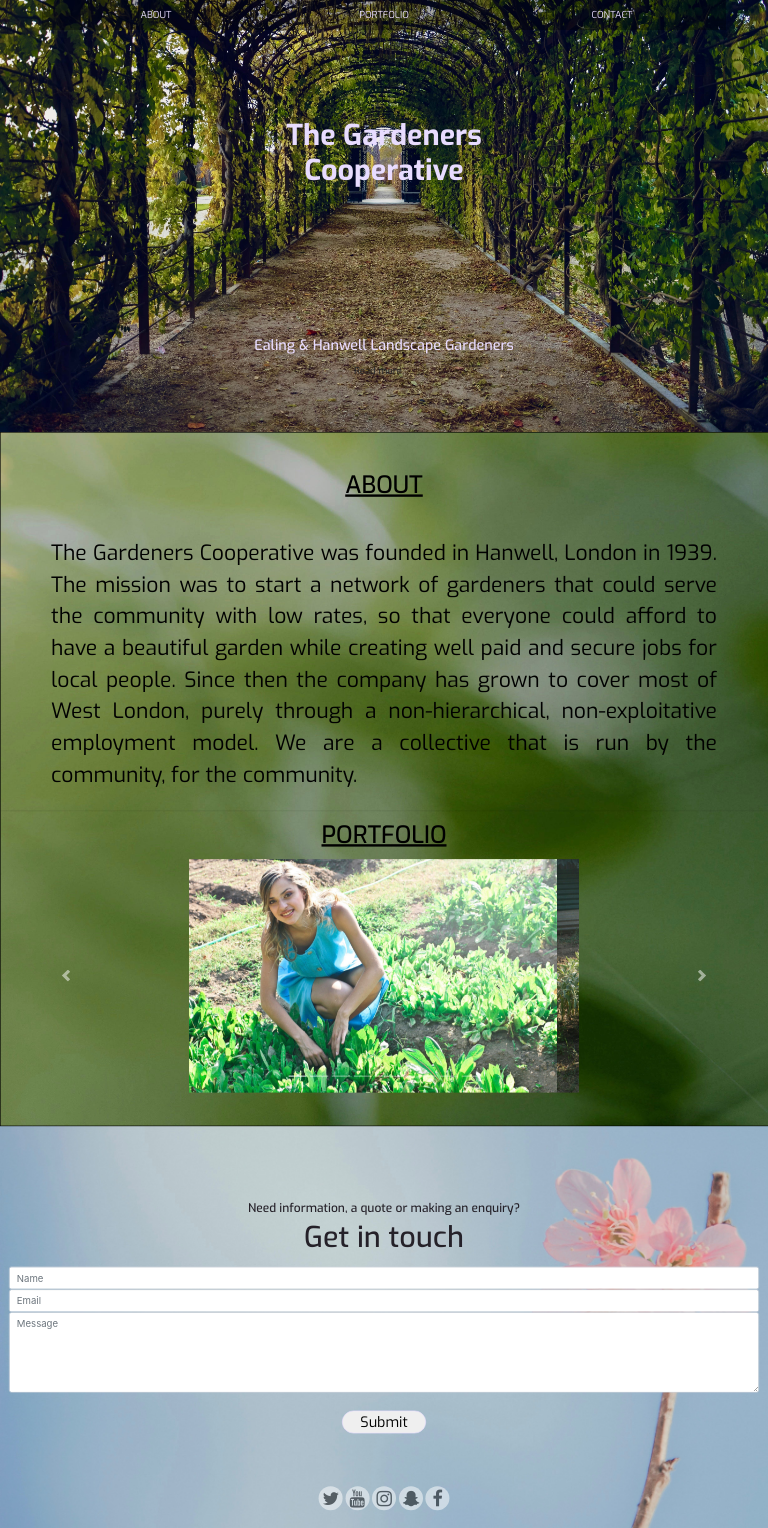
Repository: harrypars0ns/milestone-project
Page: index.html
The author's editor kept a record of every edit. The page is drawn from the files as they stood at one moment, then again after the next edit.
The browser window is 1280 px wide. The pictures show the whole page, at 60% of full size.
Backgrounds fixed to the window are drawn as part of the page.

Above is the page before.

### index.html
<!DOCTYPE html>
<html lang="en">

<head>
    <meta charset="UTF-8">
    <meta name="viewport" content="width=device-width, initial-scale=1.0">
    <meta http-equiv="X-UA-Compatible" content="ie=edge">
    <link rel="stylesheet" href="https://stackpath.bootstrapcdn.com/bootstrap/4.3.1/css/bootstrap.min.css" type="text/css" />
    <link rel="stylesheet" href="https://stackpath.bootstrapcdn.com/font-awesome/4.7.0/css/font-awesome.min.css" type="text/css" />
    <link rel="stylesheet" href="assets/css/style.css" type="text/css" />
    <title>Milestone</title>
</head>

<body>
    <!------------------------------------------------------NAV&LANDING>-->
    <div class="landing">
            <nav class='fixed-top container'>
                <div class="row">
                    <div class="col-4">
                        <a href="#about">ABOUT</a>
                    </div>
                    <div class="col-4">
                        <a href="#portfolio">PORTFOLIO</a>
                    </div>
                    <div class="col-4">
                        <a href="#contact">CONTACT</a>
                    </div>
                </div>
            </nav>


        <!-----------------------------------------TITLE---------------->



        <div id="landing" class="view">

            <div class="mask rgba-black-strong">

                <div class="container-fluid d-flex align-items-center justify-content-center h-100">

                    <div class="content row d-flex justify-content-center text-center">

                        <div class="col-md-10">

                            <h2 class="font-weight-bold pt-5 mb-2">The Gardeners Cooperative</h2>



                            <h4>Ealing & Hanwell Landscape Gardeners</h4>
                            <a class='no-underline' href="#about"><button type="button" class="btn btn-large btn-outline">Read more<i class="fas fa-book ml-2"></i></button></a>

                        </div>

                    </div>

                </div>

            </div>

        </div>
    </div>




    <!------------------------------------------------------------------ABOUT->-->



    <div class='about' id='about'>

        <section class="info text-center">
            <div class="">
                <h1>ABOUT</h1>
            </div>

            <div class="container">
                <div class="row">
                    <div class="col">
                        <p>The Gardeners Cooperative was founded in Hanwell, London in 1939. The mission was to start a network of gardeners that could serve the community with low rates, so that everyone could afford to have a beautiful garden while creating
                            well paid and secure jobs for local people. Since then the company has grown to cover most of West London, purely through a non-hierarchical, non-exploitative employment model. We are a collective that is run by the community,
                            for the community.</p>
                    </div>

                </div>
            </div>

        </section>
        <hr>
        <!-------------------------------------------------------------------PORTFOLIO-->
        <div class="container-fluid portfolio" id='portfolio'>
            <div class="text-center">
                <h1>PORTFOLIO</h1>
            </div>
            <div class="portfolio">
                <div id="carouselExampleIndicators" class="carousel slide" data-ride="carousel">
                    <ol class="carousel-indicators">
                        <li data-target="#carouselExampleIndicators" data-slide-to="0" class="active"></li>
                        <li data-target="#carouselExampleIndicators" data-slide-to="1"></li>
                        <li data-target="#carouselExampleIndicators" data-slide-to="2"></li>
                        <li data-target="#carouselExampleIndicators" data-slide-to="3"></li>
                        <li data-target="#carouselExampleIndicators" data-slide-to="4"></li>
                        <li data-target="#carouselExampleIndicators" data-slide-to="5"></li>
                        <li data-target="#carouselExampleIndicators" data-slide-to="6"></li>
                        <li data-target="#carouselExampleIndicators" data-slide-to="7"></li>
                        <li data-target="#carouselExampleIndicators" data-slide-to="8"></li>

                    </ol>
                    <div class="carousel-inner">
                        <div class="carousel-item active">
                            <img class="d-block w-100 responsive" src="assets/images/lady.jpg" alt="First slide">
                        </div>
                        <div class="carousel-item">
                            <img class="d-block w-100 responsive" src="assets/images/lady2.jpg" alt="Second slide">
                        </div>
                        <div class="carousel-item">
                            <img class="d-block w-100 responsive" src="assets/images/flowers.jpg" alt="Third slide">
                        </div>
                        <div class="carousel-item">
                            <img class="d-block w-100 responsive" src="assets/images/lady4.jpg" alt="Fourth slide">
                        </div>
                        <div class="carousel-item">
                            <img class="d-block w-100 responsive" src="assets/images/bench.jpg" alt="Fifth slide">
                        </div>
                        <div class="carousel-item">
                            <img class="d-block w-100 responsive" src="assets/images/bloom.jpg" alt="Sixth slide">
                        </div>
                        <div class="carousel-item">
                            <img class="d-block w-100 responsive" src="assets/images/lady3.jpg" alt="Seventh slide">
                        </div>
                        <div class="carousel-item">
                            <img class="d-block w-100 responsive" src="assets/images/adult3.jpg" alt="Eighth slide">
                        </div>
                        <div class="carousel-item">
                            <img class="d-block w-100 responsive" src="assets/images/garden.jpg" alt="Nninth slide">
                        </div>
                    </div>
                    <a class="carousel-control-prev" href="#carouselExampleIndicators" role="button" data-slide="prev">
                        <span class="carousel-control-prev-icon" aria-hidden="true"></span>
                        <span class="sr-only">Previous</span>
                    </a>
                    <a class="carousel-control-next" href="#carouselExampleIndicators" role="button" data-slide="next">
                    <span class="carousel-control-next-icon" aria-hidden="true"></span>
                    <span class="sr-only">Next</span>
                    </a>
                </div>


            </div>


        </div>
    </div>

    <!-------------------------------------------------------------------CONTACT-->


    <div class='contact' id='contact'>

        <section class='container-fluid'>
            <div class="row form-page">
                <div class="col">
                    <div class="contact-info">
                        <h5 class='contact-heading question'>Need information, a quote or making an enquiry?</h4>
                            <h2 class='contact-heading'>Get in touch</h2>
                    </div>
                    <div class="form">
                        <form>
                            <input type="text" name="name" id "fullname" class='form-control' placeholder='Name' required/>
                            <input type="email" name="email" id "email" class='form-control' placeholder='Email' required/>
                            <textarea rows='5' name="message" id "message" class='form-control' placeholder='Message' required/></textarea>
                            <div class="submit">
                                <input id='submit' type="submit" value="Submit" />
                            </div>
                        </form>
                    </div>
                </div>
            </div>
        </section>


        <div class="footer" id='footer'>
            <div class="iconwrapper" <a href="#" class="fa fa-facebook">
                </a>
                <a href="#" class="fa inner fa-twitter" target='_blank'></a>
                <a href="#" class="fa inner fa-youtube" target='_blank'></a>
                <a href="#" class="fa inner fa-instagram" target='_blank'></a>
                <a href="#" class="fa inner fa-snapchat-ghost" target='_blank'></a>
                <a href="#" class="fa inner fa-facebook" target='_blank'></a>
            </div>
        </div>
    </div>








    <script src="https://code.jquery.com/jquery-3.3.1.slim.min.js" integrity="sha384-q8i/X+965DzO0rT7abK41JStQIAqVgRVzpbzo5smXKp4YfRvH+8abtTE1Pi6jizo" crossorigin="anonymous"></script>
    <script src="https://cdnjs.cloudflare.com/ajax/libs/popper.js/1.14.7/umd/popper.min.js" integrity="sha384-UO2eT0CpHqdSJQ6hJty5KVphtPhzWj9WO1clHTMGa3JDZwrnQq4sF86dIHNDz0W1" crossorigin="anonymous"></script>
    <script src="https://stackpath.bootstrapcdn.com/bootstrap/4.3.1/js/bootstrap.min.js" integrity="sha384-JjSmVgyd0p3pXB1rRibZUAYoIIy6OrQ6VrjIEaFf/nJGzIxFDsf4x0xIM+B07jRM" crossorigin="anonymous"></script>

</body>

</html>

### assets/css/style.css
@import url('https://fonts.googleapis.com/css?family=Roboto:100,100i,300,300i,400,400i,500,500i,700&display=swap');
@import url('https://fonts.googleapis.com/css?family=Exo:100,200,300,400,500,600,700&display=swap');



/*----------------------------------------- LANDING*/

.landing {
    background-image: url('../images/landing3.jpg');
    height: 100%;
    background-attachment: fixed;
    background-position: bottom;
    background-repeat: no-repeat;
    background-size: cover;
    border: 0px;
    z-index: 1;
    padding-bottom: 10%;
}


body {
    padding: 0;
    background: black;
}

html,
body,
header,
#intro {
    height: 100%;
    width: 100%;
    color: #e8dcff;


}






.content {
    margin-top: 12%;
    font-family: 'Exo', sans-serif;


}

h2 {
    font-size: 3em;
}

h4 {
    padding-top: 50%;
}




/*.btn-outline {*/
/*    color: #e8dcff;*/
/*    margin-top: 5%;*/
/*}*/

/*.btn-outline:hover {*/
/*    color: rgba(112, 241, 146, 0.9);*/
/*}*/


/*-------------------------------------------------------NAV*/

nav {
    color: #e8dcff;
    text-align: center;
    font-family: 'Exo', sans-serif;
    padding: 1%;
    background: rgba(0, 0, 0, 0.3);
    background-clip: padding-box;
    /*width: 100%;*/
}

nav a {
    color: #e8dcff;
    text-decoration: none;

}



nav a:hover {
    color: #e8dcff;
    right: 0;
    text-decoration: none;
}

nav a:hover:after {
    border-color: #e8dcff;
    right: 0;
}

nav a:after {
    border-radius: 1em;
    border-top: .1em solid #e8dcff;
    content: "";
    position: absolute;
    right: 100%;
    bottom: .14em;
    left: 0;
    transition: right .4s cubic-bezier(0, .5, 0, 1),
    border-color .4s ease-out;
}

nav a:hover:after {
    right: 0;
}





.no-padding {
    padding: 0 !important;
}




/*----------------------------------------- ABOUT*/

.about {

    background-image: url('../images/about.jpg');

    /*background-position: center;*/
    background-repeat: no-repeat;

    background-size: cover;

    border: 0.1px solid rgba(0, 0, 0, 0);

}




.info {


    font-family: "Exo", sans-serif;

    color: #000000;

    margin-top: 15%;

}

.info h1 {


    text-decoration: underline;

}

.info p {

    font-size: 1em;

    padding-top: 5%;

    text-align: justify;


}

/*----------------------------------------- portfolio*/

#portfolio {
    margin-bottom: 55px;
}

.portfolio {
    font-family: "Exo", sans-serif;

    color: #000000;



    margin-top: 1em;

    text-decoration: underline;
}



.carousel {
    margin-bottom: 40px;

}



/*----------------------------------------- CONTACT*/

.contact {

    background-image: url('../images/pink.jpg');
    background-attachment: fixed;
    background-repeat: no-repeat;
    background-size: cover;

}

.contact-info {
    font-family: "Exo", sans-serif;
    text-align: center;
    /*color: #e8dcff;*/
    color: #252129;


    margin-top: 3em;
    margin-bottom: 20px;

}

/*.contact-info h4 {*/

/*    text-decoration: uppercase;*/

/*}*/

.form {
    margin-bottom: 7%;


}

#submit {
    font-family: 'Exo', sans-serif;
    font-size: 150%;
    border: 1px solid #e8dcff;
    border-radius: 50px 50px;
    padding: 0px 30px;
}

.submit {
    text-align: center;
    padding-top: 30px;


}

/*-----------------------------------------ICONS/FOOTER*/

.footer {
    text-align: center;
    padding-bottom: 30px;
    /*padding-bottom: -10px;*/
}

.iconwrappper {}

.icon {
    display: inline-block;
    text-align: center;


}



.fa {
    padding-top: 5px;
    font-size: 30px;
    height: 40px;
    width: 40px;
    text-align: center;
    text-decoration: none;
    border-radius: 50%;
    background: #fff;
    color: white;
    opacity: 0.5;
}

.fa:hover {
    opacity: 0.9;
    text-decoration: none;
    color: #000;
}

.inner {
    padding-left: 1px;
    color: #000;
}

.fa-youtube {
    padding-right: 1px;

}

/*--------------------------------------------MEDIA Queries */

@media (min-height: 750px) {
    h4 {
        margin-top: 70%;
    }
}

@media (max-height: 500px) {
    .btn {
        margin-top: 0px;
    }
    h4 {
        margin-top: 0%;
        padding-top: 0%;
    }
}

@media (max-width: 1000px) {
    .info p {
        font-size: 21px;
    }
}

@media (min-width: 600px) {
    h4 {
        padding-top: 0px;
    }
    .info {
        margin-top: 5%;
    }
}

@media (min-width: 1000px) {

    h4 {
        margin-top: 50%;
    }



    .info {

        font-size: 2.2em;

    }

    .portfolio h2 {
        padding-top: 50px;
    }

    .carousel {
        padding: 0px 300px;
    }

    .contact-info {
        margin-top: 10%;
    }

       .shift {
        position: relative;
        bottom: 30px;
    }

}



@media (min-width: 1300px) {
    .form {
        padding-right: 250px;
        padding-left: 250px
    }

}

After the next edit:
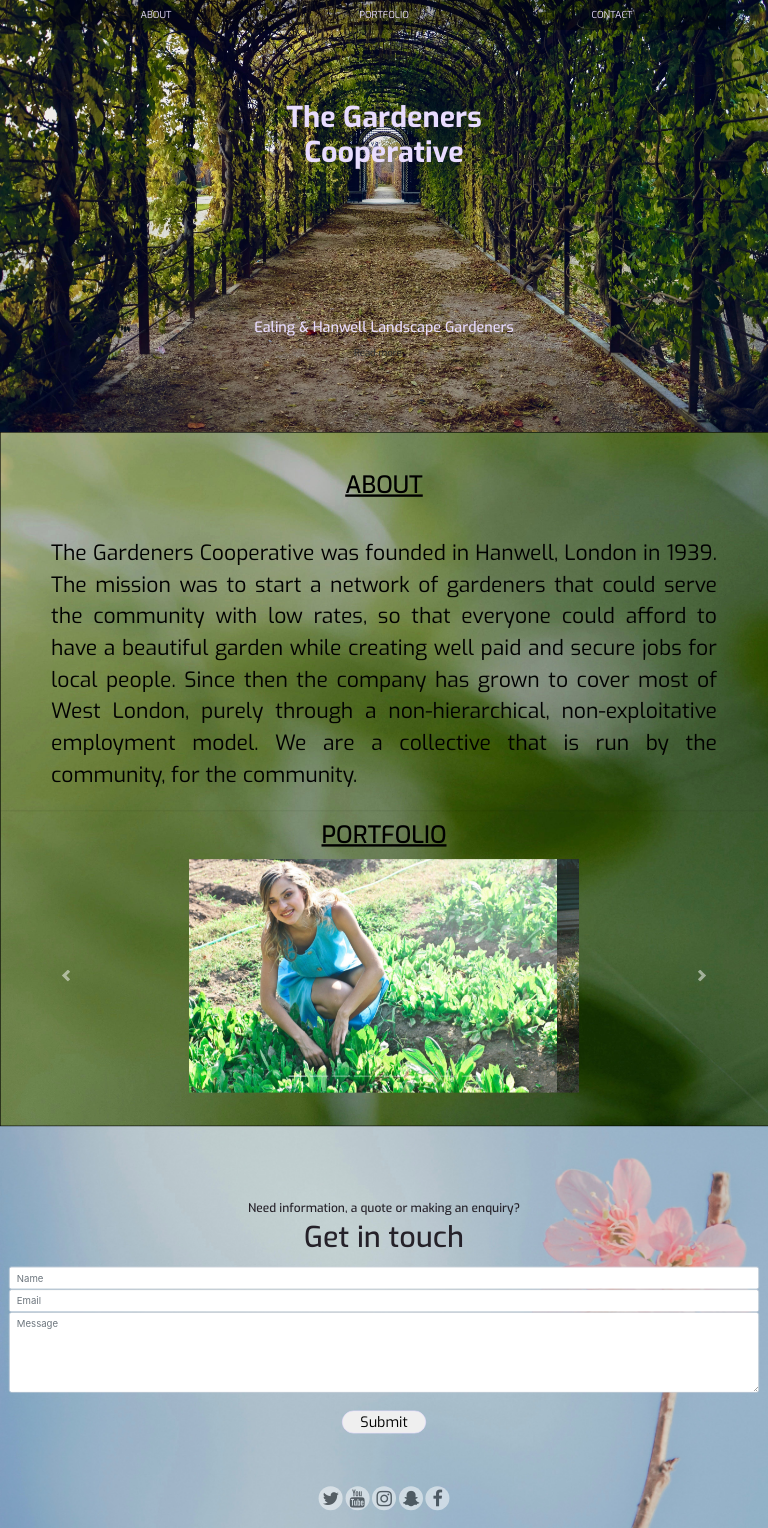
The edit:
--- a/index.html
+++ b/index.html
@@ -41,7 +41,7 @@
 
                     <div class="content row d-flex justify-content-center text-center">
 
-                        <div class="col-md-10">
+                        <div class="col-md-10 shift">
 
                             <h2 class="font-weight-bold pt-5 mb-2">The Gardeners Cooperative</h2>
 
